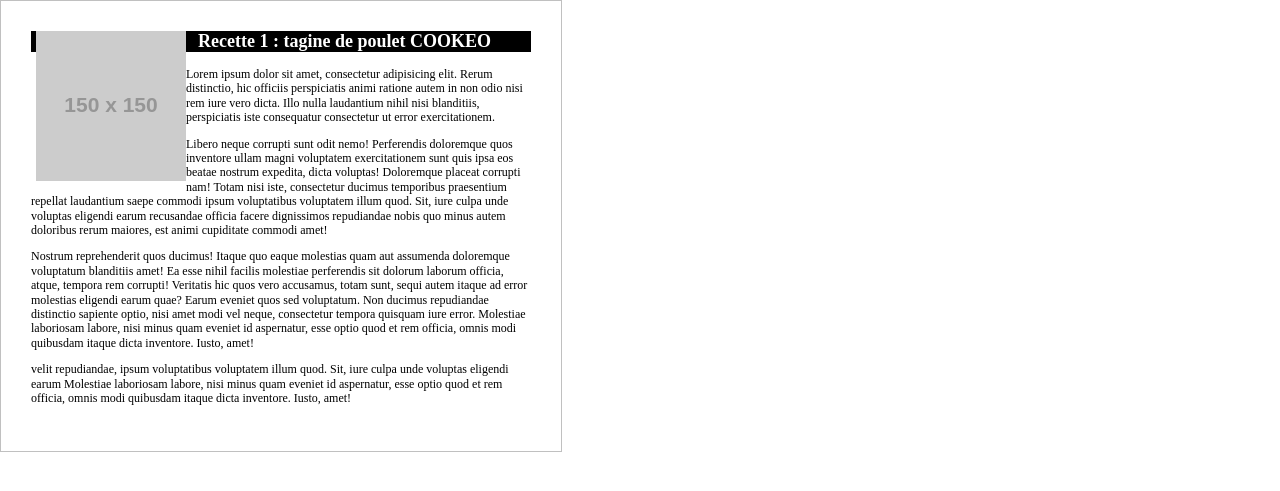
Repository: Luc010/Exercices
Page: HTML CSS/cours/float4.html
An editor plug-in stored every save of this project. The page is shown before and after the next save, followed by the edit.
The browser window is 1280 px wide. The pictures show the whole page.

Above is the page before, as saved 2019-09-05 11:51:44.

### HTML CSS/cours/float4.html
<!DOCTYPE html>
<html lang="fr">
<head>
    <meta charset="UTF-8">
    <title>Document</title>
    <style>
        body {
            margin: 0;
            font-family: corbel;
            font-size: 12px;

        }
        .col2 {
            width: 560px;
            min-height: 450px;
            background-color: white;
            overflow: hidden;
            border: 1px solid silver;

        }
        article h1 {
            background-color: black;
            color: white;
            text-indent: 12px;

        }
        article {
            margin: 30px;

        }
        p {
            margin-bottom: 0;
            line-height: 120%;
        }
    </style>
</head>
<body>
    <div class="col2">
        <article>
            <img src="https://via.placeholder.com/150" style="float: left;padding-left: 5px;">
            <h1>Recette 1 : tagine de poulet COOKEO</h1>
            <!-- <img  src="https://via.placeholder.com/140x180" alt=""> -->
            <p>Lorem ipsum dolor sit amet, consectetur adipisicing elit. Rerum distinctio, hic officiis perspiciatis
                animi ratione autem in non odio nisi rem iure vero dicta. Illo nulla laudantium nihil nisi blanditiis,
                perspiciatis iste consequatur consectetur ut error exercitationem. </p>

            <p>Libero neque corrupti sunt odit nemo! Perferendis doloremque quos inventore ullam magni voluptatem
                exercitationem sunt quis ipsa eos beatae nostrum expedita, dicta voluptas! Doloremque placeat corrupti
                nam! Totam nisi iste, consectetur ducimus temporibus praesentium repellat laudantium saepe commodi ipsum
                voluptatibus voluptatem illum quod. Sit, iure culpa unde voluptas eligendi earum recusandae officia
                facere dignissimos repudiandae nobis quo minus autem doloribus rerum maiores, est animi cupiditate
                commodi amet! </p>

            <p>Nostrum reprehenderit quos ducimus! Itaque quo eaque molestias quam aut assumenda doloremque voluptatum
                blanditiis amet! Ea esse nihil facilis molestiae perferendis sit dolorum laborum officia, atque, tempora
                rem corrupti! Veritatis hic quos vero accusamus, totam sunt, sequi autem itaque ad error molestias
                eligendi earum quae? Earum eveniet quos sed voluptatum. Non ducimus repudiandae distinctio sapiente
                optio, nisi amet modi vel neque, consectetur tempora quisquam iure error. Molestiae laboriosam labore,
                nisi minus quam eveniet id aspernatur, esse optio quod et rem officia, omnis modi quibusdam itaque dicta
                inventore. Iusto, amet!</p>

            <p>velit repudiandae, ipsum voluptatibus voluptatem illum quod. Sit, iure culpa unde voluptas eligendi earum
                Molestiae laboriosam labore, nisi minus quam eveniet id aspernatur, esse optio quod et rem officia,
                omnis modi quibusdam itaque dicta inventore. Iusto, amet!</p>

        </article>
    </div>
</body>
</html>

After the next save:
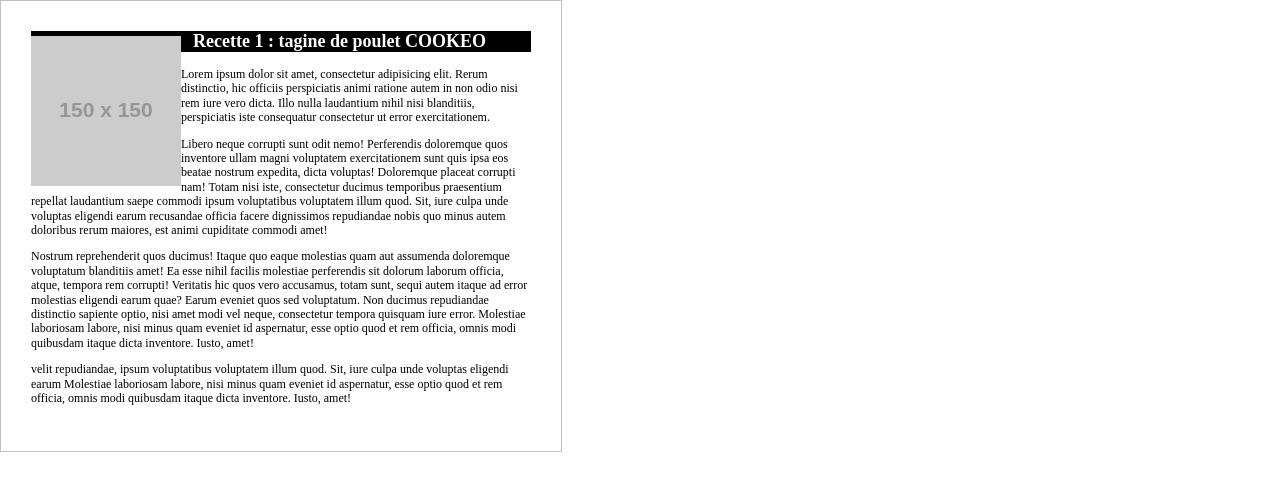
Saved 6 s later.
--- a/HTML CSS/cours/float4.html
+++ b/HTML CSS/cours/float4.html
@@ -37,7 +37,7 @@
 <body>
     <div class="col2">
         <article>
-            <img src="https://via.placeholder.com/150" style="float: left;padding-left: 5px;">
+            <img src="https://via.placeholder.com/150" style="float: left;padding-top: 5px;">
             <h1>Recette 1 : tagine de poulet COOKEO</h1>
             <!-- <img  src="https://via.placeholder.com/140x180" alt=""> -->
             <p>Lorem ipsum dolor sit amet, consectetur adipisicing elit. Rerum distinctio, hic officiis perspiciatis
